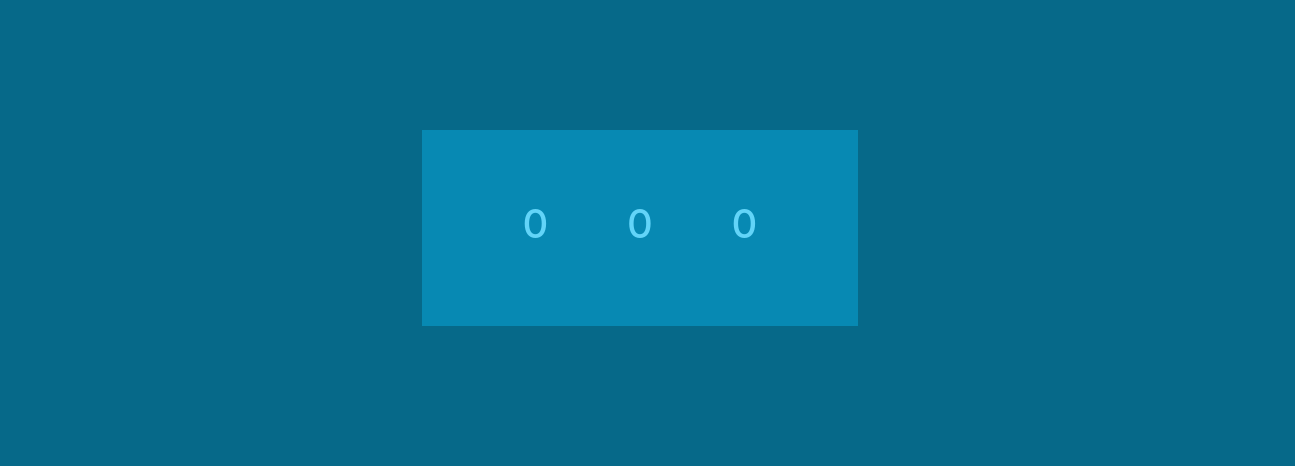
Repository: moiz9265/stopwatch
Page: index.html
An editor plug-in stored every save of this project. The page is shown before and after a run of saves, followed by the edit.
The browser window is 1280 px wide. The page is 1295 px wide, so the pictures cover 1295 px, including what lies to the right of the window. The pictures show the whole page.

Above is the page before, as saved 2020-07-09 22:58:35.

### index.html
<!DOCTYPE html>
<html lang="en">
  <head>
    <meta charset="utf-8">
    <title>Stop Watch</title>

    <link rel="stylesheet" href="css/bootstrap.min.css">
    <link rel="stylesheet" href="css/style.css" type="text/css">
    <script src="js/app.js">

    </script>
  </head>
  <body>
      <!-- <h1  style="text-align: center;">Stop Watch</h1> -->
        <div class="row" style="margin-top: 80px;">
            <div class="col-md-4">

            </div>
            <div id="maindiv" style=" text-align: center;" class="col-sm-12 col-md-4">
                <h1>0</h1>
                <h1>0</h1>
                <h1>0</h1>
                <!-- <h1>0</h1> -->
            </div>
            <div class="col-md-4">

            </div>

        </div>
        <div class="row" style="margin-top: 80px;">
            <div class="col-md-4">

            </div>
            <div  style=" text-align: center;" class="col-sm-12 col-md-4">

            </div>
            <div class="col-md-4">

            </div>

        </div>

  </body>
  <script src="js/jquery-3.2.1.slim.min.js"></script>
  <script src="js/popper.min.js"></script>
  <script src="js/bootstrap.min.js"> </script>
</html>

### css/style.css
body{
    background-color: #066989;
}

#maindiv
{
        margin-top: 50px;
    width: 40%;
    background-color: #0789B3;
    padding-top: 70px;
    padding-bottom: 70px;
    padding-left: 30px;
    padding-right: 30px;


}

h1
{
    display: inline-block;
    width: 100px;
   text-align: center;
   color: #62D4F8;
}

Loaded but not shown: css/bootstrap.min.css (library); js/jquery-3.2.1.slim.min.js (library); js/popper.min.js (library); js/bootstrap.min.js (library); js/app.js (no stored copy; drawn as an empty file)

After the next 4 saves:
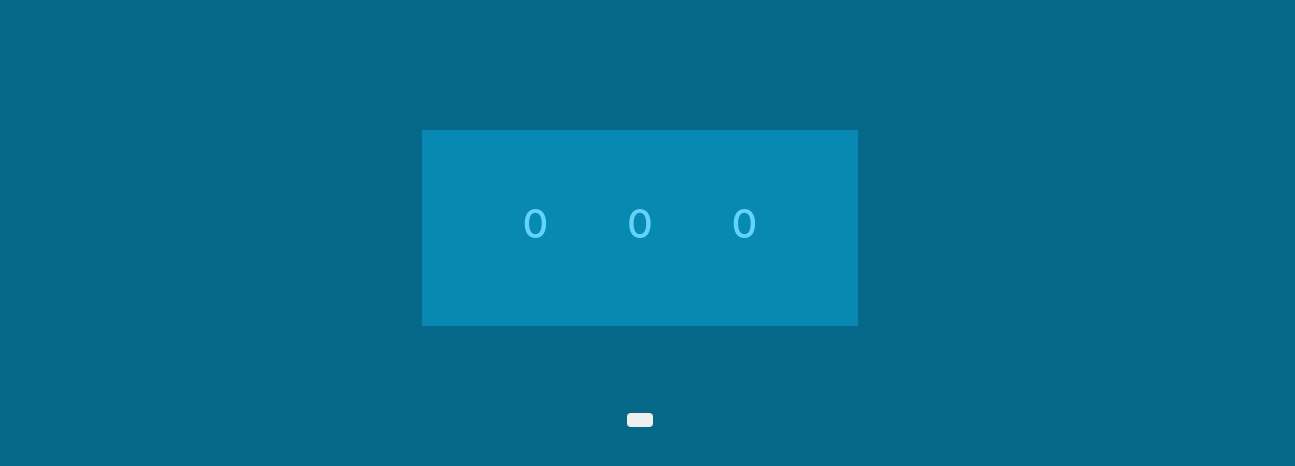
The 4 saves are shown as one change because they came seconds apart.
The last was saved 16 s later.
--- a/index.html
+++ b/index.html
@@ -32,7 +32,7 @@
 
             </div>
             <div  style=" text-align: center;" class="col-sm-12 col-md-4">
-
+               <button class="btn btn"></button>
             </div>
             <div class="col-md-4">
 
